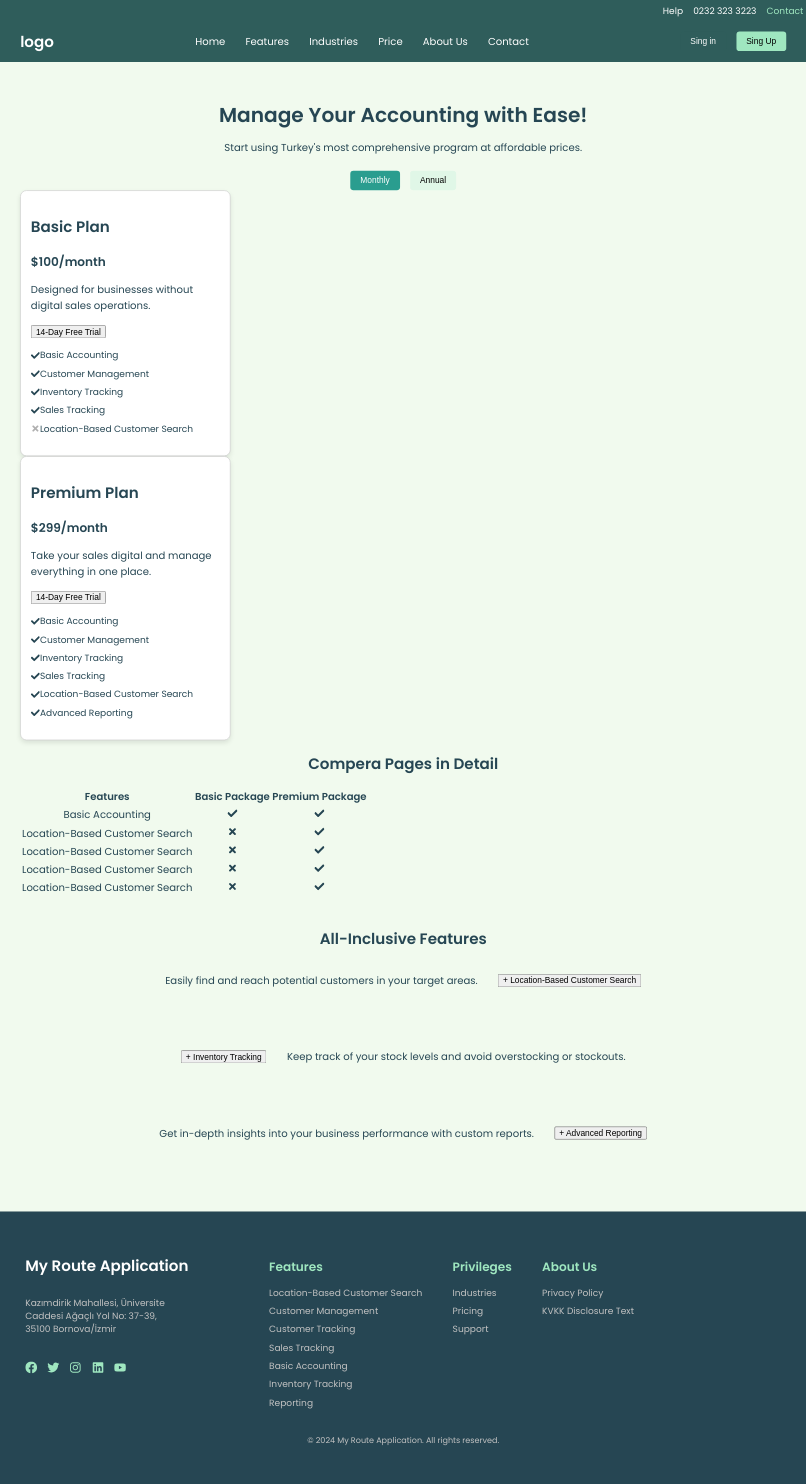
Repository: senolinanyasar/myrouteapplication
Page: /pricing
The author's editor kept a copy of each file at every save. The page is drawn from the files as they stood at one save, then again after the next save.
The browser window is 1280 px wide. The pictures show the whole page, at 63% of full size.
The project was rebuilt for these pictures with package versions that can differ from the ones it lists, and the page was loaded fresh each time. Also part of the build but not shown: vite.config.js, src/components/HeroSection.css, src/components/HeroSection.js, src/components/FeaturesSection.js, src/components/PricingSection.css, src/components/PricingSection.js, src/components/SupportSection.css, src/components/SupportSection.js and 3 more.

Above is the page before, as saved 2024-11-16 20:48:14.

After the next save:
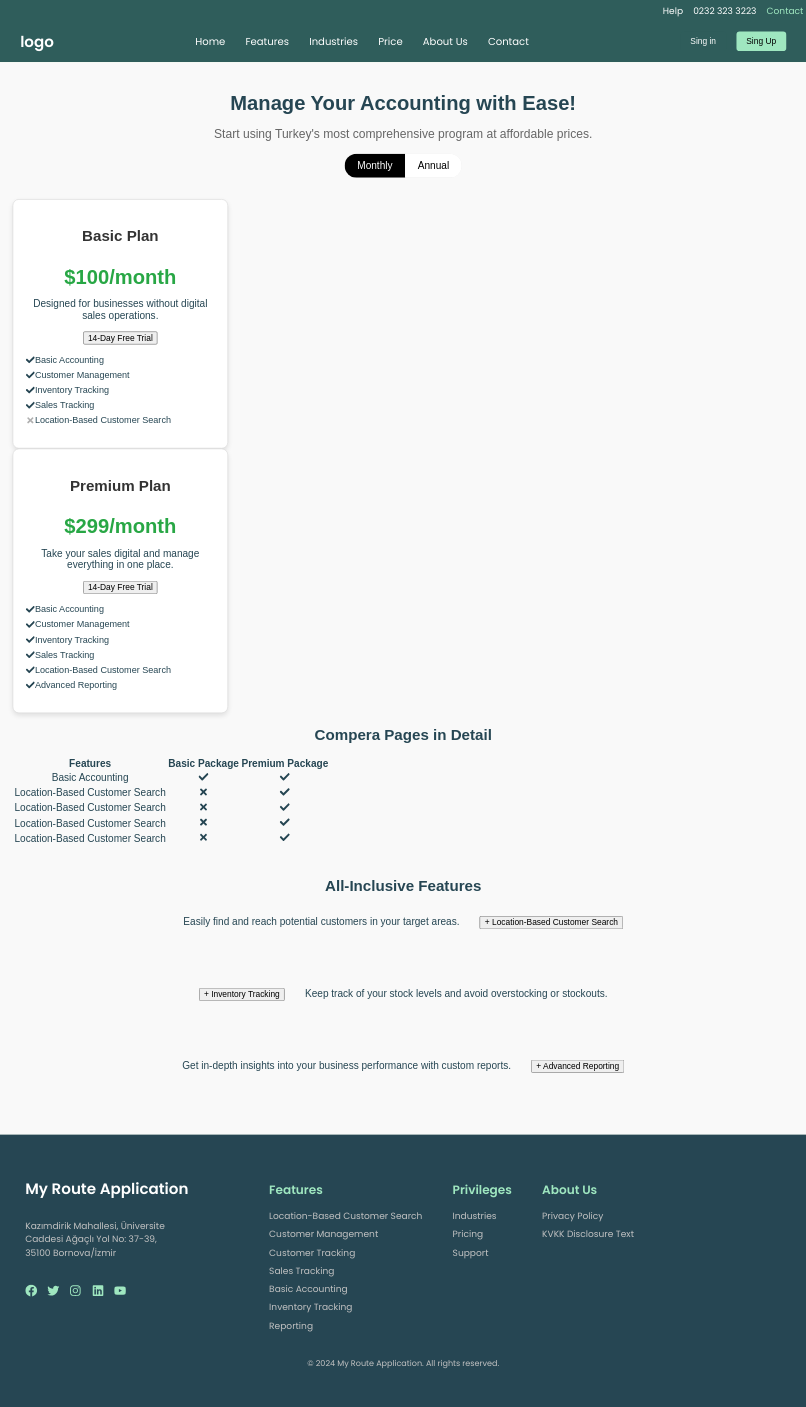
Saved 9 min 30 s later.
--- a/src/components/PricingPage.css
+++ b/src/components/PricingPage.css
@@ -1,58 +1,81 @@
 /* PricingPage.css */
 
 .pricing-page{
-    padding: 2rem;
+    font-family: "Arial",sans-serif;
+    padding: 20px;
     text-align: center;
+    background-color: #f9f9f9;
 }
 
+.pricing-header{
+    text-align: center;
+    margin-bottom: 30px;
+}
 .pricing-header h1{
     font-size: 2rem;
-    margin-bottom: 0.5rem;
+    font-weight: bold;
+    margin-bottom: 10px;
 }
 
 .pricing-header p{
-    margin-bottom: 1.5rem;
+    margin-bottom: 20px;
+    color: #666;
+    font-size: 1.2rem;
 }
 
-.toggle-buttons button{
-    padding: 0.5rem 1rem;
-    margin: 0 0.5rem;
+.toggle-buttons{
+    display: inline-block;
+    background-color: #e9e9e9;
+    border-radius: 20px;
+    overflow: hidden;
+}
+
+.toggle-btn{
+    padding: 10px 20px;
+   font-size: 1rem;
     cursor: pointer;
+    color: #000;
     border: none;
-    border-radius: 5px;
-    background-color: #e0f7e7;
-    transition: background-color 0.3s;
+    background:  #fff;
+    transition: all 0.3s;
 }
 .toggle-buttons .active{
-    background-color: #2a9d8f;
-    color: white;
+    background-color: #000;
+    color: #fff;
 }
 
 .price-plans{
     display: flex;
     justify-content: center;
-    gap: 2rem;
-    margin-top: 2rem;
+    gap: 20px;
+
 }
 
 .plan {
-    border: 1px solid #ccc;
+    background: #fff;
+    border: 1px solid #ddd;
     border-radius: 10px;
-    padding: 1rem;
+    padding: 20px;
     width: 300px;
-    text-align: left;
-    background-color: #ffffff;
+    text-align: center;
+    transition: transform 0.3s ease;
     box-shadow: 0px 4px 8px rgba(0, 0, 0, 0.1);
 }
 
+.plan:hover{
+    transform: scale(1.05);
+}
 .plan h3{
     font-size: 1.5rem;
+    color: #333;
+    margin-bottom: 10px;
 }
 
 .plan .price{
-    font-size: 1.2rem;
+    font-size: 2rem;
     font-weight: bold;
-    margin: 1rem 0;
+    color: #28a745;
+    margin-bottom: 10px;
 }
 
 .plan ul{
